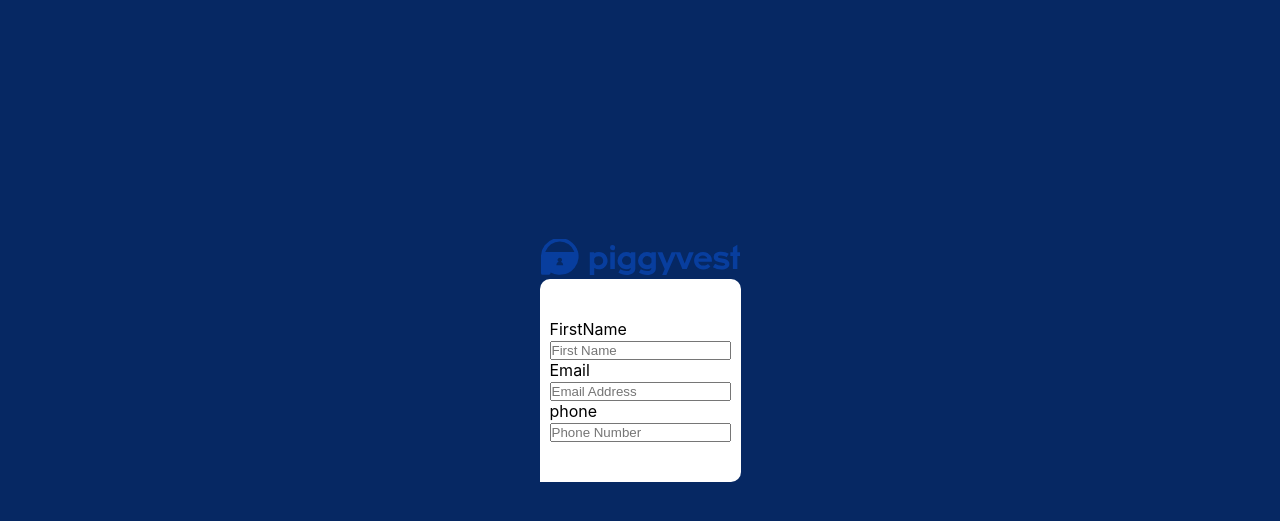
Repository: hisreal123/PiggyVest-login-Clone
Page: /RegisterPage
An editor plug-in stored every save of this project. The page is shown before and after the next save, followed by the edit.
The browser window is 1280 px wide. The pictures show the whole page.
The project was rebuilt for these pictures with package versions that can differ from the ones it lists, and the page was loaded fresh each time. The framework's server and built-in components were replaced by stand-ins that run in the browser. Also part of the build but not shown: next.config.js.

Above is the page before, as saved 2022-07-29 22:13:58.

### pages/_app.tsx
import '../styles/globals.scss'
import type { AppProps } from 'next/app'

import '../styles/All.scss'

function MyApp({ Component, pageProps }: AppProps) {
  return <Component {...pageProps} />
}

export default MyApp

### pages/RegisterPage.tsx
import Image from "next/image";
import Link from "next/link";
import React from "react";
import { Logo } from "../Components/logo";
import { RegisterForm } from "../Components/RegisterForm";
import logo from "../public/Assets/piggyvest.svg";

export default function RegisterPage() {
  return (
    <div className="Register ">
      <Logo src={logo} />
      <RegisterForm />
    </div>
  );
}

### styles/globals.scss
* {
  box-sizing: border-box;
  padding: 0;
  margin: 0;
}

html,
body {
  padding: 0;
  margin: 0;
  font-family: -apple-system, BlinkMacSystemFont, Segoe UI, Roboto, Oxygen,
    Ubuntu, Cantarell, Fira Sans, Droid Sans, Helvetica Neue, sans-serif;
}

a {
  text-decoration: none;
}

.container {
  padding: 0 2rem;
}
.title a:hover,
.title a:focus,
.title a:active {
  text-decoration: underline;
}

### styles/All.scss
// Register Page Design

.Register {
  background-color: #062863;
  height: 100vh;
  display: flex;
  flex-direction: column;
  justify-content: center;
  align-items: center;

  .RegisterForm {
    background-color: rgb(255, 255, 255);
    width: fit-content;
    padding: 40px 10px;
    border-radius: 10px 10px 10px 0;
    shadow: 0 0 2px lightgrey;
  }
}

### Components/logo.tsx
import Image from "next/image";
import Link from "next/link";
import React from "react";

interface imageProps {
  src: string;
}

export const Logo: React.FC<imageProps> = ({ src }) => {
  return (
    <div className="logoWrap">
      <Link href="#" className="logo">
        <Image
          alt=" logo "
          src={src}
          height="36"
          width="199"
          objectFit="cover"
        />
      </Link>
    </div>
  );
};

### Components/RegisterForm.tsx
import React, { useState } from "react";
import { AllInput } from "./AllInput";
import { InputProps as FormProps } from "./AllProps";

// interface RegisterFormProps {}
export const RegisterForm: React.FC<FormProps> = () => {
  return (
    <div className="RegisterForm">
      <AllInput
        type="text"
        name="FirstName"
        placeholder="First Name "
        label="Full Name"
        value=" value"
      />

      <AllInput
        type="email"
        name="Email "
        placeholder="Email Address"
        label="Email Address"
        value=" value"
      />

      <AllInput
        type="text"
        name="phone"
        placeholder="Phone Number "
        label="Phone Number"
        value=" value"
      />
    </div>
  );
};

### Components/AllInput.tsx
import React, { useState } from "react";
import { InputProps } from "./AllProps";

export const AllInput: React.FC<InputProps> = ({
  name,
  type,
  placeholder,
  value,
  label,
}) => {
  const [input, setInput] = useState({});

  const handleChange = (e: React.ChangeEvent<HTMLInputElement>) => {
    setInput({ ...input, [e.target.name]: e.target.value });
    console.log(e.target.name);
  };


  return (
    <div>
      <label htmlFor="FullName"> {name}</label>
      <br></br>
      <input
        type={type}
        name={name}
        placeholder={placeholder}
        onChange={handleChange}
      />
    </div>
  );
};

After the next save:
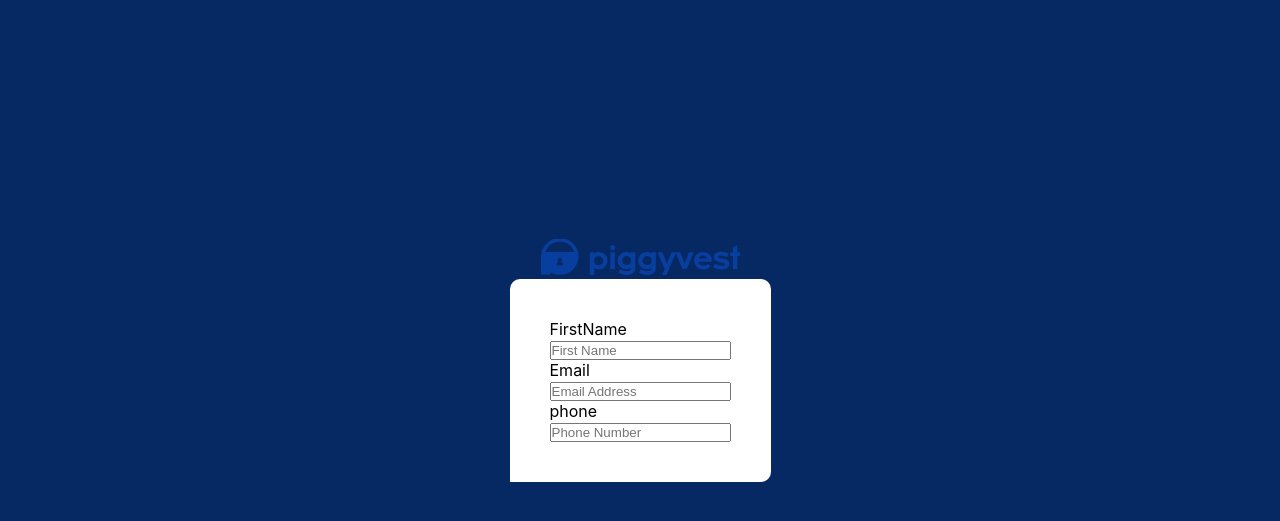
Saved 12 s later.
--- a/styles/All.scss
+++ b/styles/All.scss
@@ -11,7 +11,7 @@
   .RegisterForm {
     background-color: rgb(255, 255, 255);
     width: fit-content;
-    padding: 40px 10px;
+    padding: 40px 40px;
     border-radius: 10px 10px 10px 0;
     shadow: 0 0 2px lightgrey;
   }
